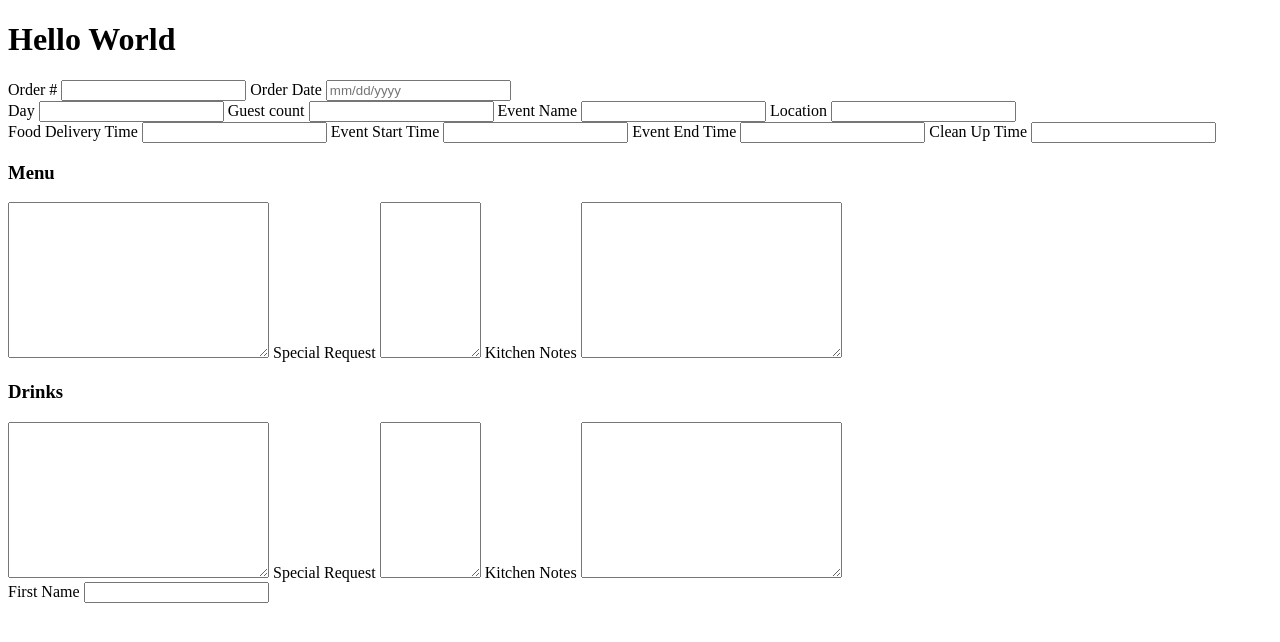
Repository: pmbyrd/rgp-catering
Page: index.html
An editor plug-in stored every save of this project. The page is shown before and after a run of saves, followed by the edit.
The browser window is 1280 px wide. The pictures show the whole page.

Above is the page before, as saved 2023-12-04 18:00:18.

After the next 7 saves:
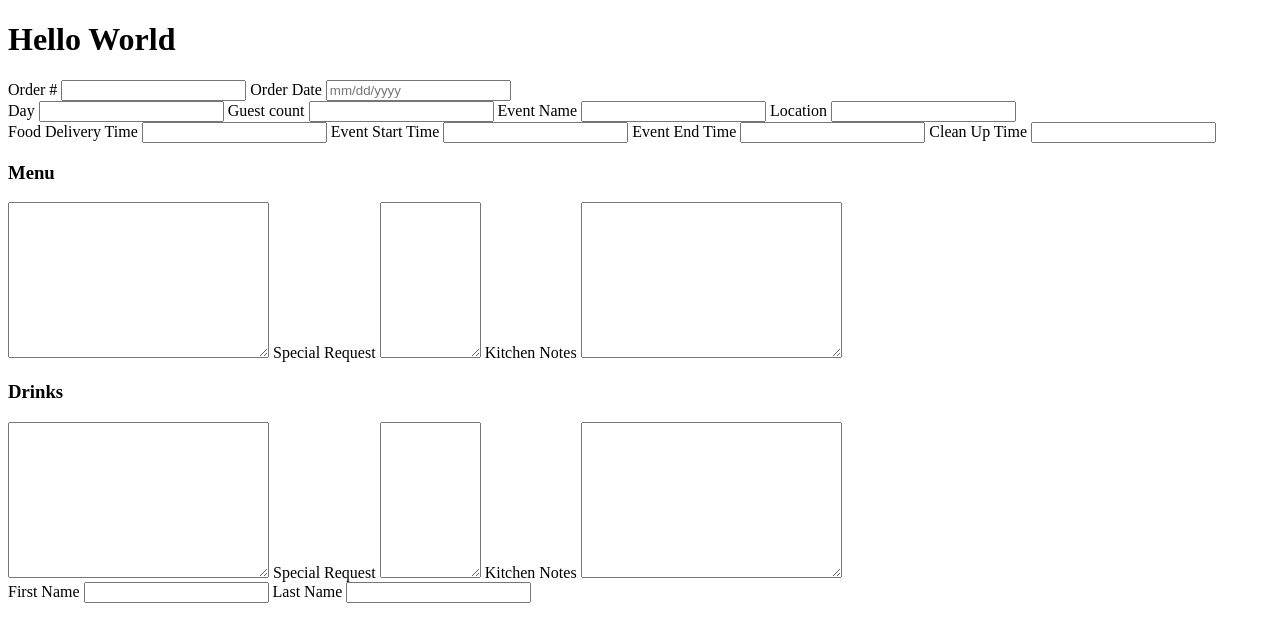
The 7 saves are shown as one change because they came seconds apart.
The last was saved 2 min 41 s later.
--- a/index.html
+++ b/index.html
@@ -61,6 +61,9 @@
         <div class="contact-info">
             <label for="first-name">First Name</label>
             <input type="text">
+            <label for="last-name">Last Name</label>
+            <input type="text" id="last-name">
+
         </div>
     </form>
     <script src="index.js"></script>
